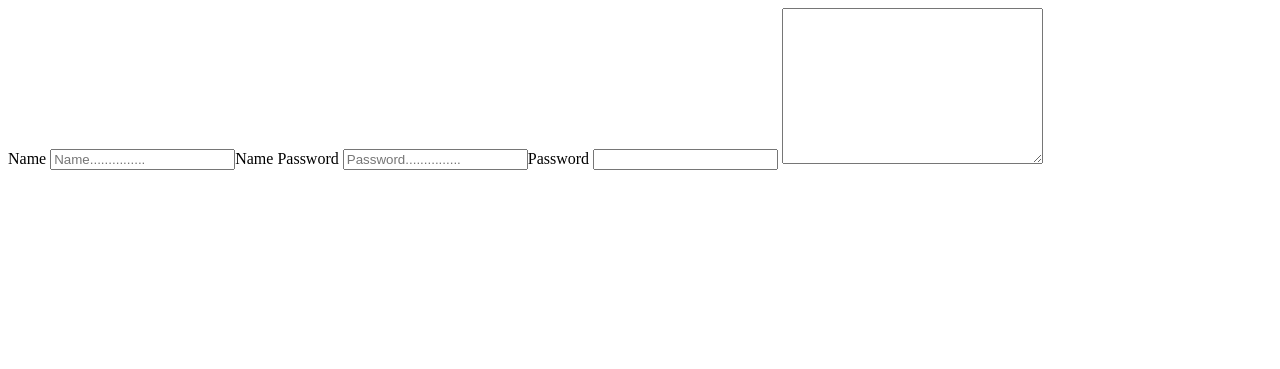
Repository: ntu34543/cut-landing-page-Figma
Page: home.html
These files come from the project's save history. The page is drawn as it stood at one moment and after the next save; the edit follows.
The browser window is 1280 px wide. The pictures show the whole page.

Above is the page before, as saved 2022-09-13 22:35:00.

### home.html
<!DOCTYPE html>
<html lang="en">

<head>
    <meta charset="UTF-8">
    <meta http-equiv="X-UA-Compatible" content="IE=edge">
    <meta name="viewport" content="width=device-width, initial-scale=1.0">
    <title>Document</title>
    <script type="module"
        src="https://unpkg.com/ionicons@5.5.2/dist/ionicons/ionicons.esm.js"></script>
    <script nomodule src="https://unpkg.com/ionicons@5.5.2/dist/ionicons/ionicons.js"></script>
    <style>
        .div1 {
            background-color: red;
            width: 200px;
            height: 200px;
            /* display: flex;
            align-items: center; */
        }

        .div2 {
            background-color: yellow;
            width: 100px;
            height: 100px;
            /* display: flex;
            align-items: center; */
        }

        .div3 {
            background-color: blue;
            width: 100px;
            height: 100px;
        }

        .div4 {
            background-color: pink;
            width: 50px;
            height: 50px;
            display: flex;
            align-items: center;
        }

        .div5 {
            background-color: black;
            width: 50px;
            height: 50px;
        }

        .div6 {
            background-color: red;
            width: 30px;
            height: 30px;
            display: flex;
            justify-content: center;
            align-items: center;
        }

        .div7 {
            background-color: black;
            width: 30px;
            height: 30px;
        }

        .div8 {
            background-color: white;
            width: 10px;
            height: 10px;
        }

        .div9 {
            background-color: purple;
            width: 10px;
            height: 10px;
        }

        .p {
            /* margin: 113px; */
            box-sizing: border-box;
            padding: 53px;
            background-color: red;
            width: 150px;
            height: 150px;
            border: 5px solid black;
        }

        /* Form focus */
        .form-input {
            padding: 0 20px;
            border: 1px solid #eee;
            border-radius: 4px;
            width: 100%;
            height: 50px;
            transition: 0.25s ease;
        }

        .form-input:focus {
            border-color: #6a5af9;
        }

        .form-field {
            top: 50px;
            position: relative;
        }

        .form-label {
            position: absolute;
            top: 50%;
            transform: translateY(-50%);
            left: 21px;
            user-select: none;
            color: #999;
            pointer-events: none;
            transition: 0.25s ease;
        }

        .form-input:not(:placeholder-shown)+.form-label,
        .form-input:focus+.form-label {
            top: 0;
            pad: 0 10px;
            display: inline-block;
            background-color: white;
            color: #6a5af9;
        }

        /* menu */
        .menu {
            margin-top: 80px;
            background-color: #18273b;
            padding: 50px 0 50px 15px;
            border-radius: 16px;
            width: 200px;
        }

        .menu-item {
            padding: 15px;
            border-radius: 12px 0 0 12px;
            display: block;
            color: white;
            font-size: 16px;
            cursor: pointer;
            position: relative;
            margin-bottom: 10px;
        }

        .menu-item.active::before {
            content: "";
            width: 20px;
            height: 20px;
            background-color: #18273b;
            position: absolute;
            top: 0;
            right: 0;
            border-radius: 50%;
            transform: translateY(-100%);
            box-shadow: 10px 10px 0 0 white;
        }

        .menu-item.active::after {
            content: "";
            width: 20px;
            height: 20px;
            background-color: #18273b;
            position: absolute;
            bottom: 0;
            right: 0;
            border-radius: 50%;
            transform: translateY(100%);
            box-shadow: 10px -10px 0 0 white;
        }

        .menu-item.active {
            background-color: #fff;
            color: #624FFC;
        }

        .menu-item span {
            display: inline-block;
            margin-left: 10px;
        }

        .dessss{
            /* padding: 123px; */
            /* margin: 123px; */
            /* background-color: red; */
            /* outline: none; */
            /* border: none; */
        }
    </style>
</head>

<body>
    <form action="">
        <label for="name">Name</label>
        <input type="text" placeholder="Name...............">Name
        <label for="name">Password</label>
        <input type="text" placeholder="Password...............">Password
        <input type="">
        <textarea name="" id="" cols="30" rows="10"></textarea>
    </form>
    <!-- <p class="dessss">Margin and Padding</p> -->
    <!-- <h1 class="des">Margin and Padding</h1> -->
    <!-- <button class="dessss">dfafsfds</button> -->
    <!-- <div class="form-field">
        <input type="text" class="form-input" placeholder=" ">
        <label for="name" class="form-label">Name</label>
    </div> -->
    <!-- <ul class="menu">
        <li class="menu-item active">
            <ion-icon name="home-outline"></ion-icon>
            <span class="menu-text">Dashboard</span>
        </li>
        <li class="menu-item">
            <ion-icon name="bar-chart-outline"></ion-icon>
            <span class="menu-text">Report</span>
        </li>
        <li class="menu-item">
            <ion-icon name="people-outline"></ion-icon>
            <span class="menu-text">User</span>
        </li>
    </ul> -->
    <!-- <p class="p"></p> -->
    <!-- <div class="div1">
        <div class="div2">
            <div class="div4">
            </div>
            <div class="div5"></div>
        </div>
        <div class="div3"></div>
    </div> -->
    <!-- <div class="header-container">
        <img srcset="./images/logo.png 2x" alt="">
        <ul class="menu">
            <li class="menu-item">
                <a href="#" class="menu-link">About</a>
            </li>
            <li class="menu-item">
                <a href="#" class="menu-link">Features</a>
            </li>
            <li class="menu-item">
                <a href="#" class="menu-link">Pricing</a>
            </li>
            <li class="menu-item">
                <a href="#" class="menu-link">Testimonials</a>
            </li>
            <li class="menu-item">
                <a href="#" class="menu-link">Help</a>
            </li>
        </ul>
        <div class="header-auth">
            <a href="#" class="header-signin">Sign In</a>
            <a href="#" class="button button--outline" style="padding: 13px 44px;">Sign Up</a>
        </div>
    </div> -->
    <script>
        const menuItems = document.querySelectorAll(".menu-item");
        menuItems.forEach(item => item.addEventListener("click", function (event) {
            menuItems.forEach(el => el.classList.remove("active"));
            event.target.classList.add("active");
        }));
    </script>
</body>

</html>

After the next save:
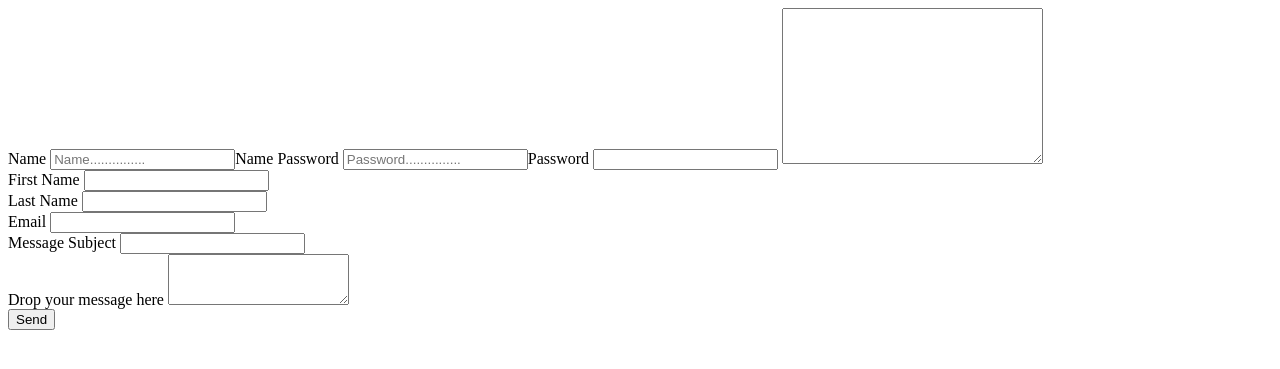
Saved 19 h 55 min later.
--- a/home.html
+++ b/home.html
@@ -197,6 +197,43 @@
         <input type="">
         <textarea name="" id="" cols="30" rows="10"></textarea>
     </form>
+    <section class="contact-wrap">
+        <form action="" class="contact-form">
+          <div class="col-sm-6">
+            <div class="input-block">
+              <label for="">First Name</label>
+              <input type="text" class="form-control">
+            </div>
+          </div>
+          <div class="col-sm-6">
+            <div class="input-block">
+              <label for="">Last Name</label>
+              <input type="text" class="form-control">
+            </div>
+          </div>
+          <div class="col-sm-12">
+            <div class="input-block">
+              <label for="">Email</label>
+              <input type="text" class="form-control">
+            </div>
+          </div>
+          <div class="col-sm-12">
+            <div class="input-block">
+              <label for="">Message Subject</label>
+              <input type="text" class="form-control">
+            </div>
+          </div>
+          <div class="col-sm-12">
+            <div class="input-block textarea">
+              <label for="">Drop your message here</label>
+              <textarea rows="3" type="text" class="form-control"></textarea>
+            </div>
+          </div>
+          <div class="col-sm-12">
+            <button class="square-button">Send</button>
+          </div>
+        </form>
+      </section>
     <!-- <p class="dessss">Margin and Padding</p> -->
     <!-- <h1 class="des">Margin and Padding</h1> -->
     <!-- <button class="dessss">dfafsfds</button> -->
